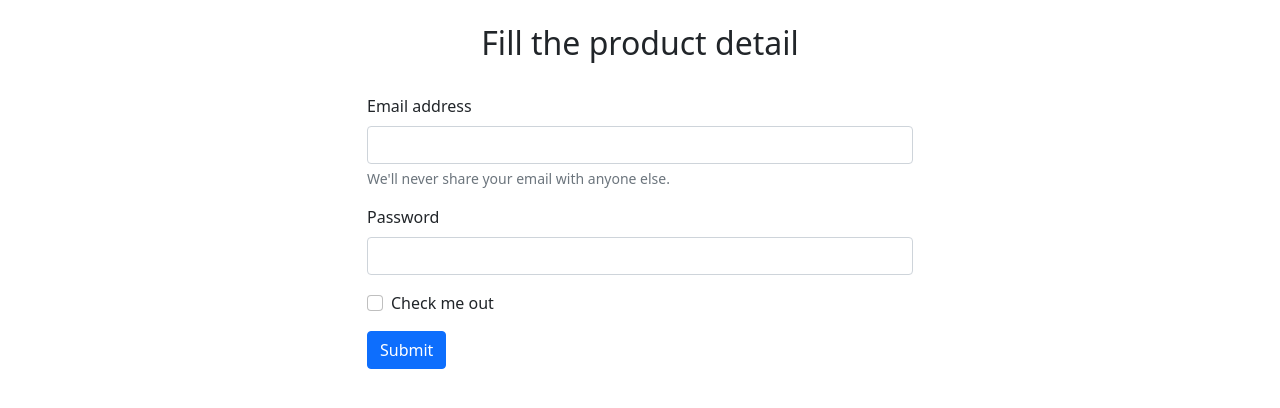
Repository: Hits-95/Spring
Page: http://localhost/Product/WEB-INF/views/add_product_form.jsp
These files come from the project's save history. The page is drawn as it stood at one moment and after the next save; the edit follows.
The browser window is 1280 px wide. The pictures show the whole page.
The page is served by Tomcat 9. Nobody is signed in. Other server files are loaded and not shown. The template is opened directly, without the code that normally fills it, so the values that code supplies are empty.

Above is the page before, as saved 2021-04-13 17:43:58.

### Product/src/main/webapp/WEB-INF/views/add_product_form.jsp
<%@ page language="java" contentType="text/html; charset=ISO-8859-1"
	pageEncoding="ISO-8859-1"%>
<%@include file="links.jsp"%>
<!DOCTYPE html PUBLIC "-//W3C//DTD HTML 4.01 Transitional//EN" "http://www.w3.org/TR/html4/loose.dtd">
<html>
<head>
<meta http-equiv="Content-Type" content="text/html; charset=ISO-8859-1">

</head>
<body>
	<div class="container ">
		<div class="row">
			<dir class="col-md-3"></dir>
			<dir class="col-md-6">
				<h2 class=" text-center p-4">Fill the product detail</h2>
				<form>
					<div class="mb-3">
						<label for="exampleInputEmail1" class="form-label">Email
							address</label> <input type="email" class="form-control"
							id="exampleInputEmail1" aria-describedby="emailHelp">
						<div id="emailHelp" class="form-text">We'll never share your
							email with anyone else.</div>
					</div>
					<div class="mb-3">
						<label for="exampleInputPassword1" class="form-label">Password</label>
						<input type="password" class="form-control"
							id="exampleInputPassword1">
					</div>
					<div class="mb-3 form-check">
						<input type="checkbox" class="form-check-input" id="exampleCheck1">
						<label class="form-check-label" for="exampleCheck1">Check
							me out</label>
					</div>
					<button type="submit" class="btn btn-primary">Submit</button>
				</form>
			</dir>
			<dir class="col-md-3"></dir>
		</div>
	</div>
</body>
</html>

### Product/src/main/webapp/WEB-INF/views/links.jsp
<%@page isELIgnored="false"%>
<%@ taglib prefix="c" uri="http://java.sun.com/jsp/jstl/core"%>

<!doctype html>
<html lang="en">
<head>
<!-- Required meta tags -->
<meta charset="utf-8">
<meta name="viewport" content="width=device-width, initial-scale=1">

<!-- Bootstrap CSS -->
<link
	href="https://cdn.jsdelivr.net/npm/bootstrap@5.0.0-beta3/dist/css/bootstrap.min.css"
	rel="stylesheet"
	integrity="sha384-eOJMYsd53ii+scO/bJGFsiCZc+5NDVN2yr8+0RDqr0Ql0h+rP48ckxlpbzKgwra6"
	crossorigin="anonymous">

<title><c:out value="${title }">Product-App</c:out></title>
</head>
<body>


	<!-- Optional JavaScript; choose one of the two! -->

	<!-- Option 1: Bootstrap Bundle with Popper -->
	<script
		src="https://cdn.jsdelivr.net/npm/bootstrap@5.0.0-beta3/dist/js/bootstrap.bundle.min.js"
		integrity="sha384-JEW9xMcG8R+pH31jmWH6WWP0WintQrMb4s7ZOdauHnUtxwoG2vI5DkLtS3qm9Ekf"
		crossorigin="anonymous"></script>

	<!-- Option 2: Separate Popper and Bootstrap JS -->
	<!--
    <script src="https://cdn.jsdelivr.net/npm/@popperjs/core@2.9.1/dist/umd/popper.min.js" integrity="sha384-SR1sx49pcuLnqZUnnPwx6FCym0wLsk5JZuNx2bPPENzswTNFaQU1RDvt3wT4gWFG" crossorigin="anonymous"></script>
    <script src="https://cdn.jsdelivr.net/npm/bootstrap@5.0.0-beta3/dist/js/bootstrap.min.js" integrity="sha384-j0CNLUeiqtyaRmlzUHCPZ+Gy5fQu0dQ6eZ/xAww941Ai1SxSY+0EQqNXNE6DZiVc" crossorigin="anonymous"></script>
    -->
</body>
</html>

After the next save:
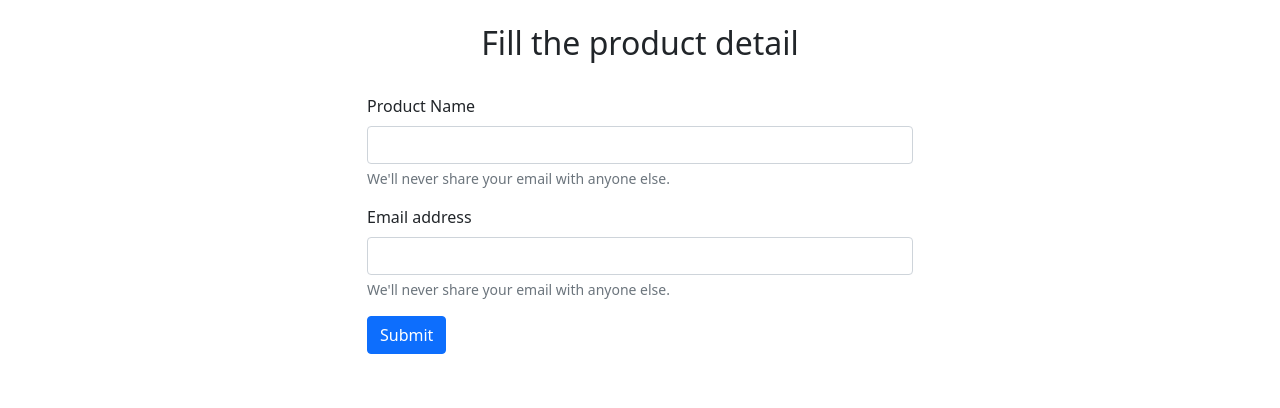
Saved 99 s later.
--- a/Product/src/main/webapp/WEB-INF/views/add_product_form.jsp
+++ b/Product/src/main/webapp/WEB-INF/views/add_product_form.jsp
@@ -15,22 +15,22 @@
 				<h2 class=" text-center p-4">Fill the product detail</h2>
 				<form>
 					<div class="mb-3">
+						<label for="exampleInputEmail1" class="form-label">Product Name</label> <input type="text"
+						 class="form-control"
+						 name = "name"
+							id="exampleInputEmail1" aria-describedby="emailHelp">
+						<div id="emailHelp" class="form-text">We'll never share your
+							email with anyone else.</div>
+					</div>
+					<div class="mb-3">
 						<label for="exampleInputEmail1" class="form-label">Email
 							address</label> <input type="email" class="form-control"
 							id="exampleInputEmail1" aria-describedby="emailHelp">
 						<div id="emailHelp" class="form-text">We'll never share your
 							email with anyone else.</div>
 					</div>
-					<div class="mb-3">
-						<label for="exampleInputPassword1" class="form-label">Password</label>
-						<input type="password" class="form-control"
-							id="exampleInputPassword1">
-					</div>
-					<div class="mb-3 form-check">
-						<input type="checkbox" class="form-check-input" id="exampleCheck1">
-						<label class="form-check-label" for="exampleCheck1">Check
-							me out</label>
-					</div>
+
+
 					<button type="submit" class="btn btn-primary">Submit</button>
 				</form>
 			</dir>
